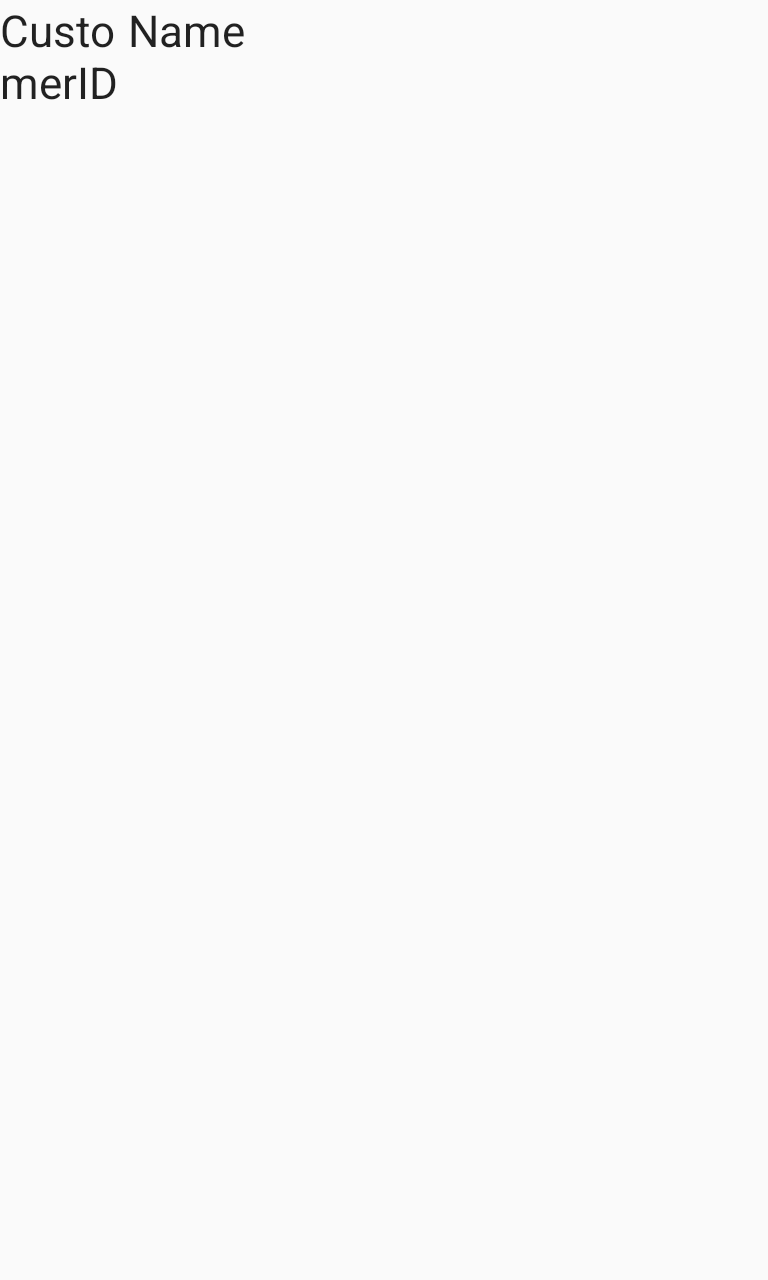
Repository: dev-sean/kosta
Layout: and1016/res/layout/ex3_colum.xml
These files come from the project's save history. The layout is drawn as it stood at one moment and after the next save; the edit follows.
It is drawn on a 768 x 1280 px phone screen (xhdpi) without system bars, with theme AppTheme; the app's code is not run.

Above is the layout before, as saved 2014-10-16 06:56:29.

After the next save:
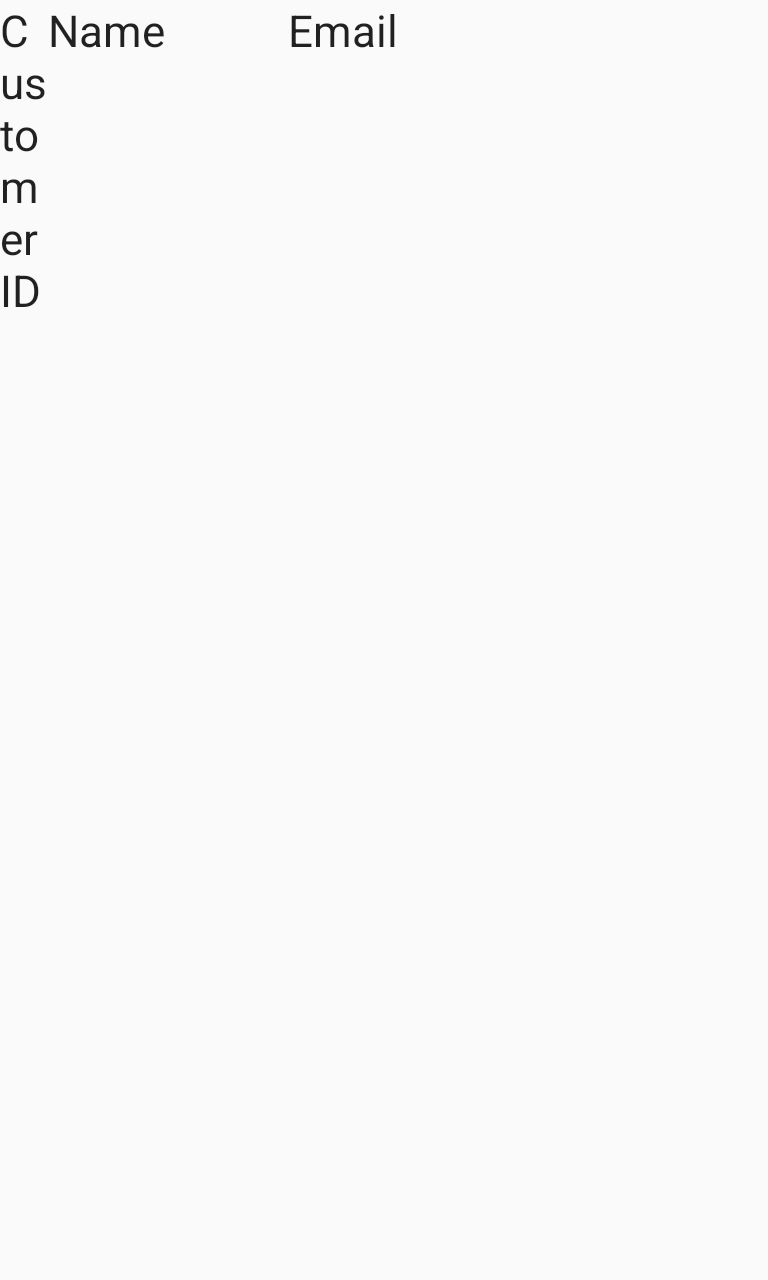
Saved 9 s later.
--- a/and1016/res/layout/ex3_colum.xml
+++ b/and1016/res/layout/ex3_colum.xml
@@ -24,6 +24,7 @@
         android:id="@+id/colEmail"
         android:layout_width="0dp"
         android:layout_height="wrap_content"
+        android:layout_weight="2.0"
         android:text="Email"
         android:textAppearance="?android:attr/textAppearanceLarge" />
 
